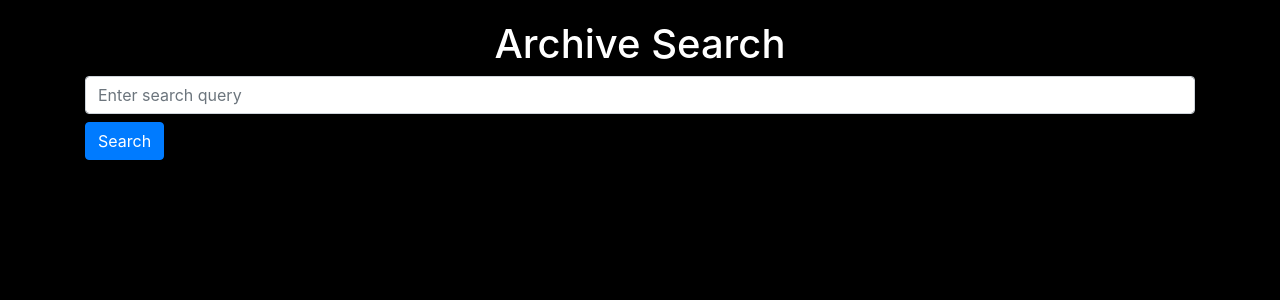
Repository: Halffd/forarchives
Page: index.html
These files come from the project's save history. The page is drawn as it stood at one moment and after the next save; the edit follows.
The browser window is 1280 px wide. The pictures show the whole page.

Above is the page before, as saved 2024-11-03 06:26:00.

After the next save:
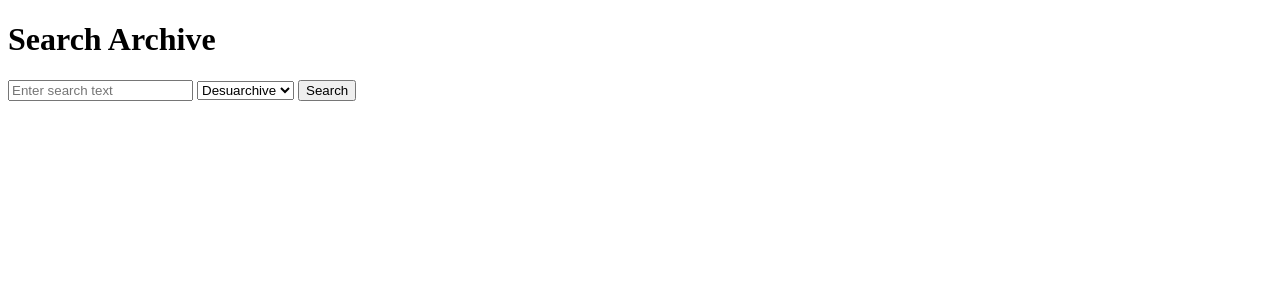
Saved 27 s later.
--- a/index.html
+++ b/index.html
@@ -2,42 +2,50 @@
 <html lang="en">
 <head>
     <meta charset="UTF-8">
-    <meta name="viewport" content="width=device-width, initial-scale=1.0">
-    <title>Search Archive</title>
-    <link rel="stylesheet" href="https://stackpath.bootstrapcdn.com/bootstrap/4.5.2/css/bootstrap.min.css">
-    <style>
-        body {
-             padding: 20px;
-             background-color: black;
-             color: white;
-        }
-    </style>
+    <title>MoeSearcher</title>
 </head>
 <body>
-    <div class="container">
-        <h1 class="text-center">Archive Search</h1>
-        <input type="text" id="searchQuery" class="form-control mb-2" placeholder="Enter search query">
-        <button id="searchButton" class="btn btn-primary">Search</button>
-        <div id="content" class="mt-4"></div>
-    </div>
+    <h1>Search Archive</h1>
+    <form id="searchForm">
+        <input type="text" name="query" placeholder="Enter search text" required>
+        <select name="archive">
+            <option value="0">Desuarchive</option>
+            <option value="1">Palanq</option>
+            <option value="2">Moe</option>
+            <option value="3">4plebs</option>
+            <option value="4">b4k</option>
+        </select>
+        <button type="submit">Search</button>
+    </form>
+    <div id="results"></div>
 
     <script>
-        document.getElementById('searchButton').addEventListener('click', async () => {
-            const query = document.getElementById('searchQuery').value;
+        document.getElementById('searchForm').addEventListener('submit', async function(e) {
+            e.preventDefault();
+            const formData = new FormData(this);
             const response = await fetch('/search', {
                 method: 'POST',
-                headers: { 'Content-Type': 'application/json' },
-                body: JSON.stringify({ query })
+                body: new URLSearchParams(formData)
             });
-            const data = await response.json();
-            const contentDiv = document.getElementById('content');
-            contentDiv.innerHTML = '';
-            data.results.forEach(item => {
-                const div = document.createElement('div');
-                div.innerHTML = `<strong>${item.title}</strong><br/>`;
-                contentDiv.appendChild(div);
-            });
+            const result = await response.json();
+            displayResults(result);
         });
+
+        function displayResults(data) {
+            const resultsDiv = document.getElementById('results');
+            resultsDiv.innerHTML = '';
+            if (data.error) {
+                resultsDiv.textContent = "Error: " + data.error;
+            } else if (data.results.length > 0) {
+                data.results.forEach(post => {
+                    const postDiv = document.createElement('div');
+                    postDiv.innerHTML = `<strong>Post:</strong> ${post.comment || "No Comment"}<br><strong>Timestamp:</strong> ${post.timestamp}`;
+                    resultsDiv.appendChild(postDiv);
+                });
+            } else {
+                resultsDiv.textContent = "No results found.";
+            }
+        }
     </script>
 </body>
 </html>
